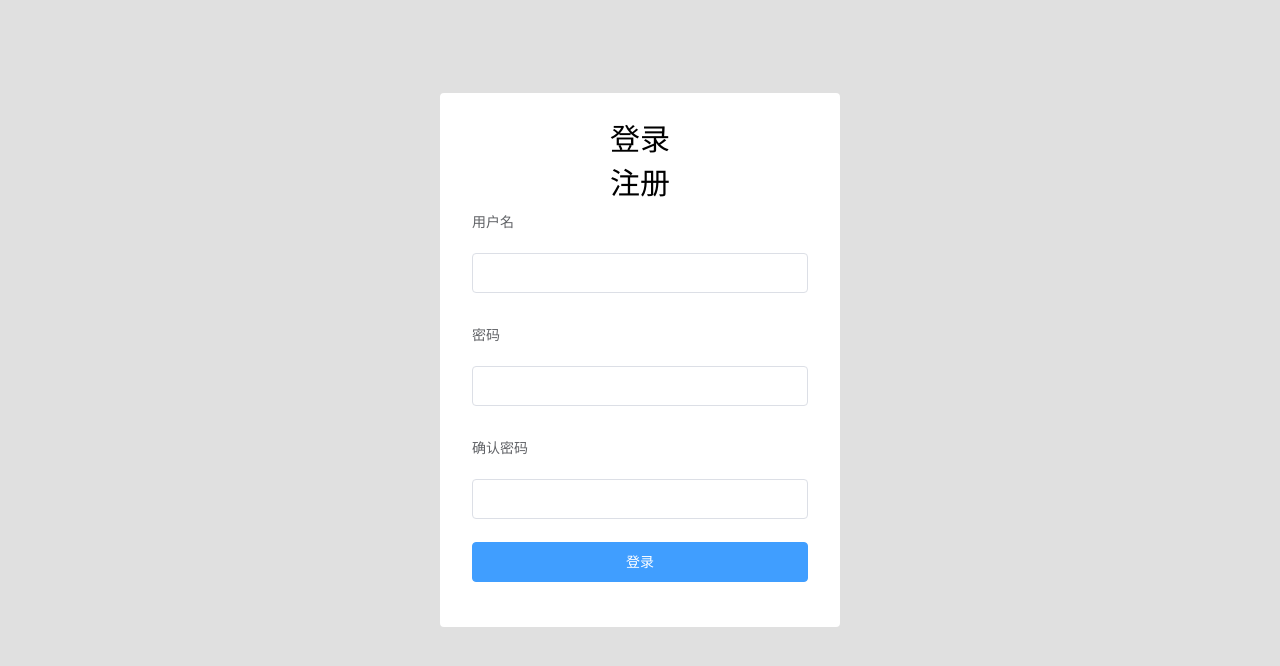
Repository: euphor1azzy/testlist
Page: /#/login (app in list/)
These files come from the project's save history. The page is drawn as it stood at one moment and after the next save; the edit follows.
The browser window is 1280 px wide. The pictures show the whole page.
The project was rebuilt for these pictures with package versions that can differ from the ones it lists, and the page was loaded fresh each time. Also part of the build but not shown: list/src/components/common/appnav.vue, list/src/components/common/appslider.vue, list/src/views/home.vue, list/src/components/users/users.vue.

Above is the page before, as saved 2020-08-26 15:44:57.

After the next save:
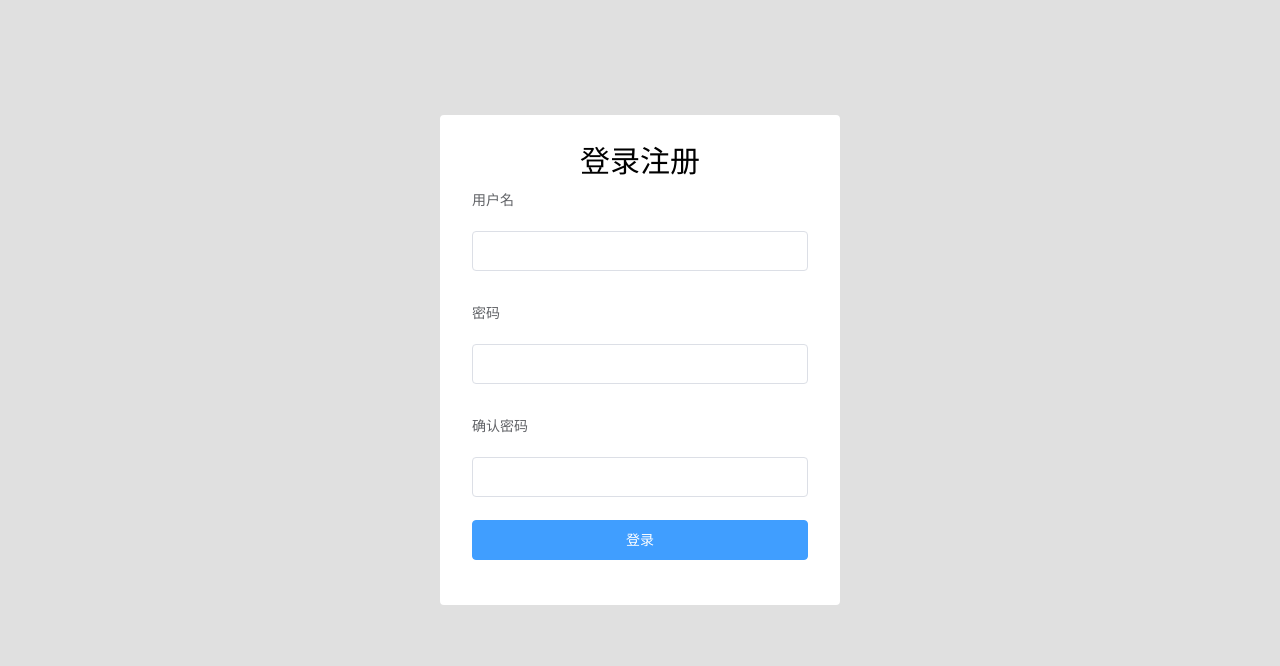
Saved 2 min 25 s later.
--- a/list/src/views/login/login.vue
+++ b/list/src/views/login/login.vue
@@ -11,7 +11,7 @@
     >
       <!-- <h1 style="text-align:center;font-size:30px">登录页面</h1> -->
       <ul  style="text-align:center;font-size:30px;text-decoration:none">
-        <li v-for="item in menuTab" :key="item.id" :class="current" @click="toggleMenuTab">{{item.txt}}</li>
+        <li v-for="item in menuTab" :key="item.id" style="display:inline" @click="toggleMenuTab">{{item.txt}}</li>
       </ul>
       <el-form-item label="用户名" prop="username">
         <el-input
